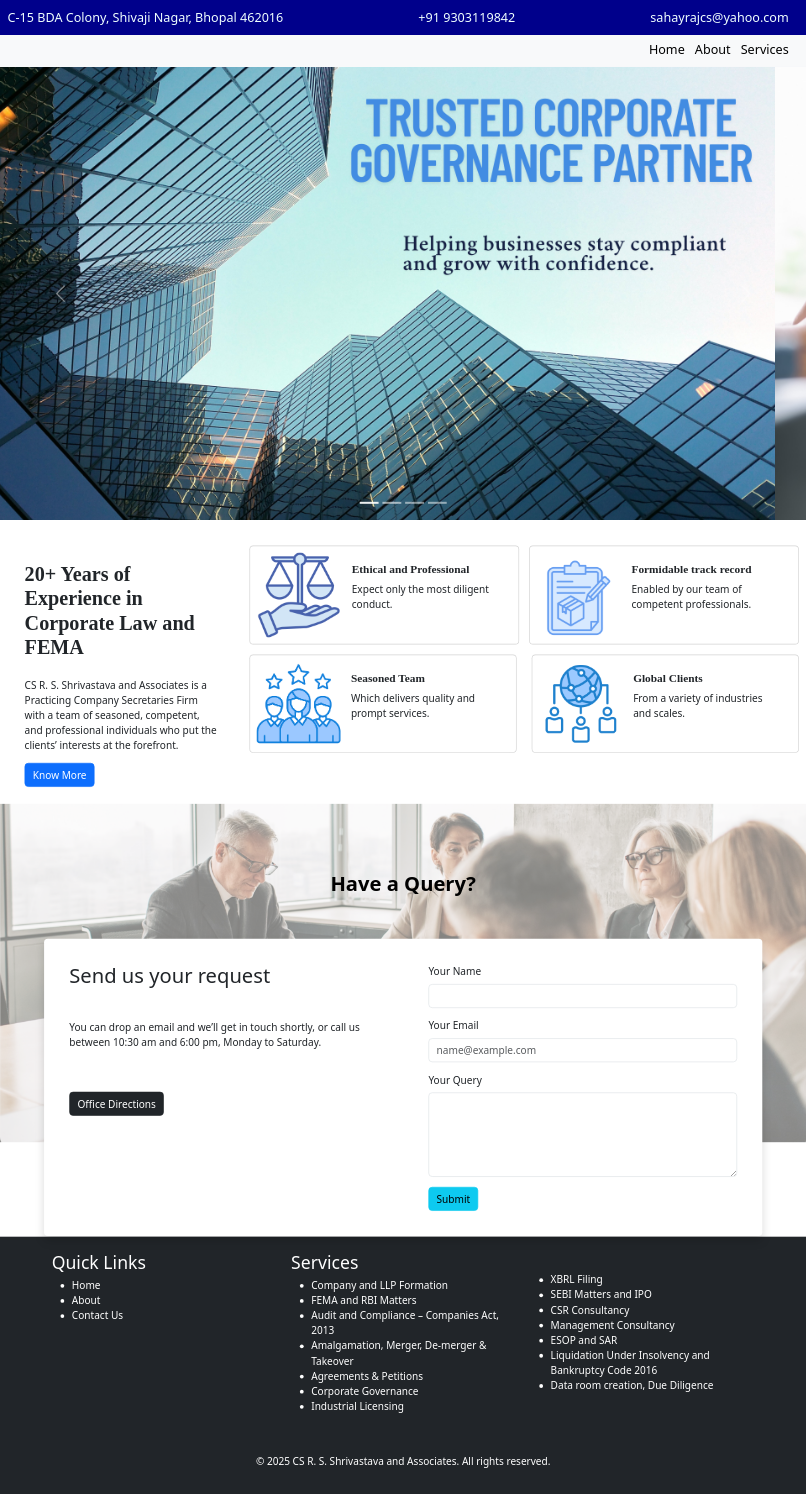
Repository: aayushiss/CS-RSS
Page: index.html
The author's editor kept a copy of each file at every save. The page is drawn from the files as they stood at one save, then again after the next save.
The browser window is 1280 px wide. The pictures show the whole page, at 63% of full size.

Above is the page before, as saved 2025-05-16 00:40:31.

After the next save:
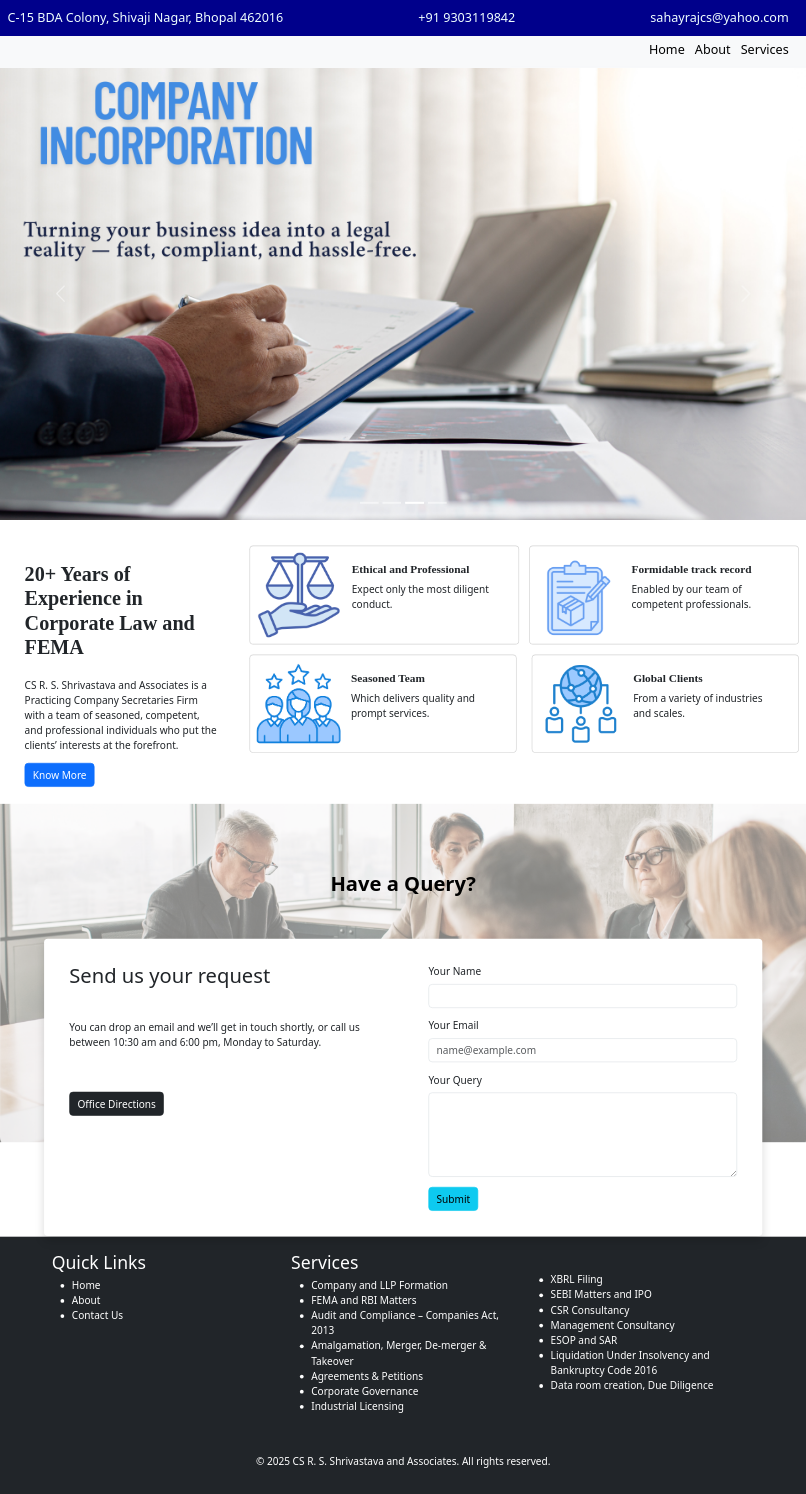
Saved 45 s later.
--- a/index.html
+++ b/index.html
@@ -30,7 +30,7 @@
     </div>
   </nav>
 
-  <div id="carouselExampleCaptions" class="carousel slide" data-bs-ride="carousel" data-bs-interval="1000">
+  <div id="carouselExampleCaptions" class="carousel slide" data-bs-ride="carousel" data-bs-interval="2000">
     <div class="carousel-indicators">
       <button type="button" data-bs-target="#carouselExampleCaptions" data-bs-slide-to="0" class="active"
         aria-current="true" aria-label="Slide 1"></button>
